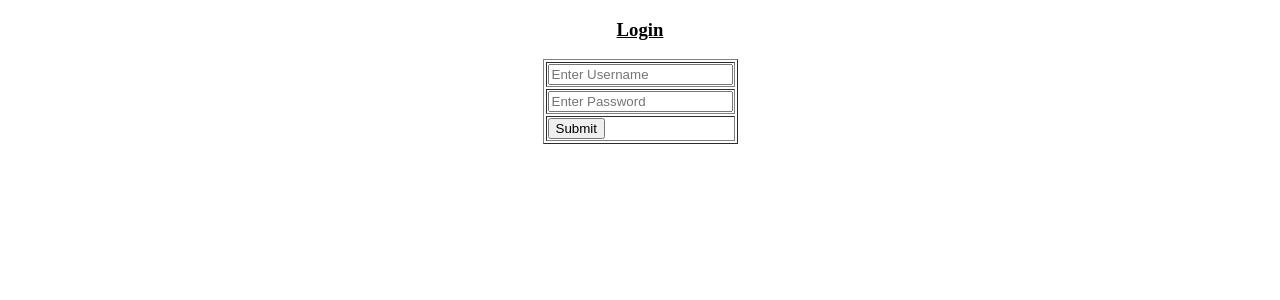
Repository: vinayingalahalli/java_batch1_revature
Page: revature_java/login_web_app/WebContent/login.html
These files come from the project's save history. The page is drawn as it stood at one moment and after the next save; the edit follows.
The browser window is 1280 px wide. The pictures show the whole page.

Above is the page before, as saved 2019-09-11 15:58:32.

### revature_java/login_web_app/WebContent/login.html
<!DOCTYPE html>
<html>
<head>
<meta charset="ISO-8859-1">
<title>Login Page</title>
</head>
<body>
<div align="center">
	<h3><u>Login</u></h3>
	<form action="login" method="post">
	<table border="1px">
	<tr>
	<td><input type="text" name="userName" placeholder="Enter Username"/></td>
	</tr>
	<tr>
	<td><input type="password" name="password" placeholder="Enter Password"/></td>
	</tr>
	<tr>
	<td><input type="submit" name="userName" placeholder="Enter Username"/></td>
	</tr>
	</table>

	</form>
</div>
</body>
</html>

After the next save:
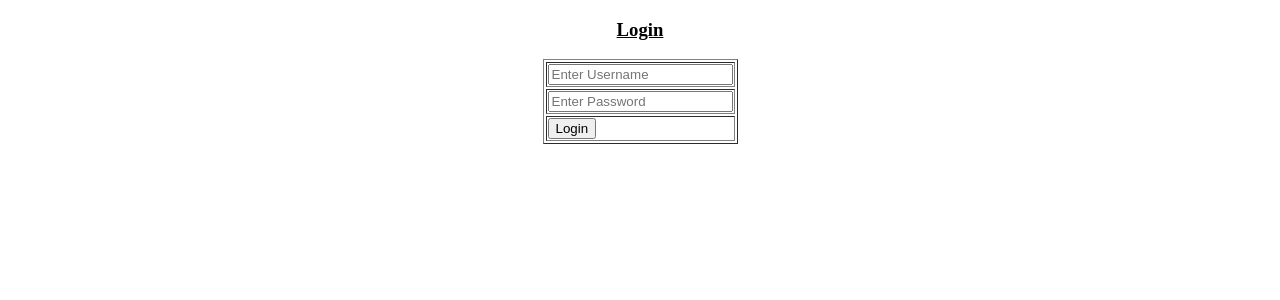
Saved 26 s later.
--- a/revature_java/login_web_app/WebContent/login.html
+++ b/revature_java/login_web_app/WebContent/login.html
@@ -16,7 +16,7 @@
 	<td><input type="password" name="password" placeholder="Enter Password"/></td>
 	</tr>
 	<tr>
-	<td><input type="submit" name="userName" placeholder="Enter Username"/></td>
+	<td><input type="submit" value="Login"/></td>
 	</tr>
 	</table>
 
